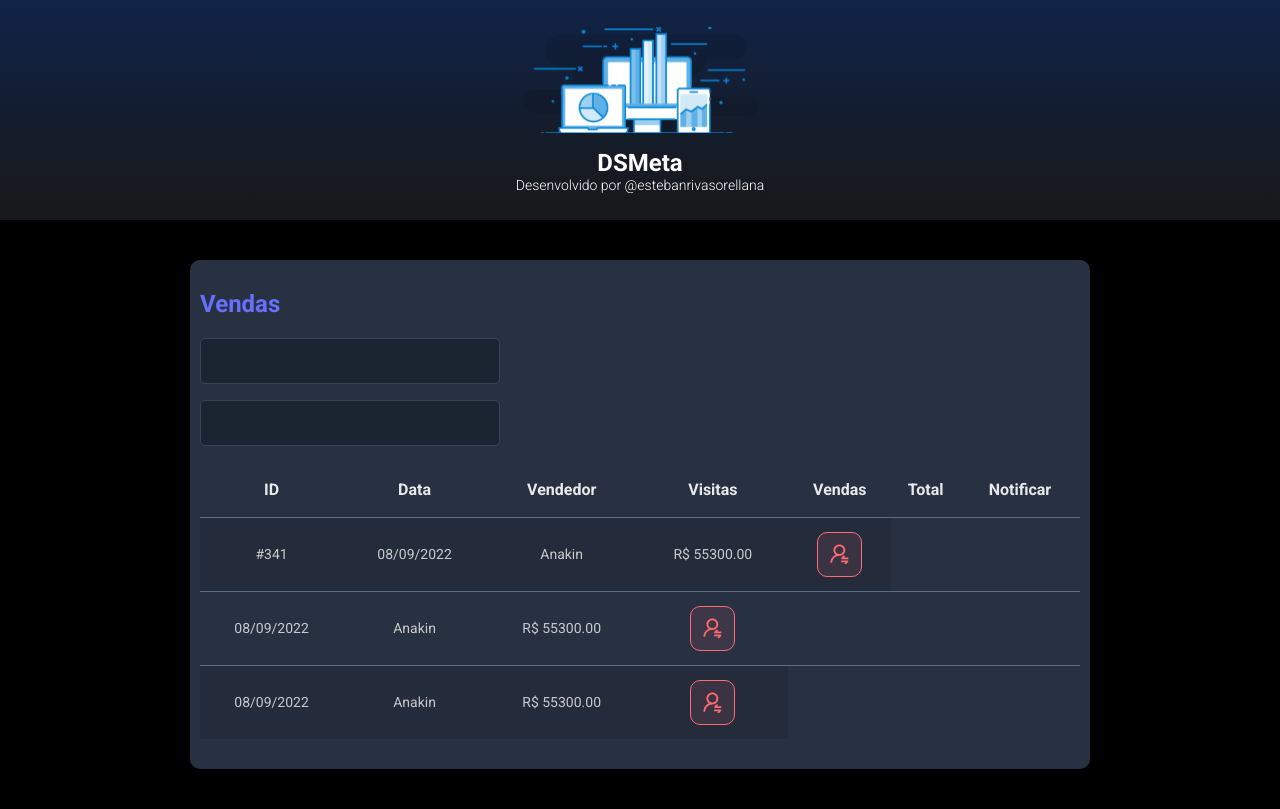
Repository: estebanrivas/dsmeta-css
Page: index.html
The author's editor kept a copy of each file at every save. The page is drawn from the files as they stood at one save, then again after the next save.
The browser window is 1280 px wide. The pictures show the whole page.

Above is the page before, as saved 2022-09-08 22:25:14.

After the next save:
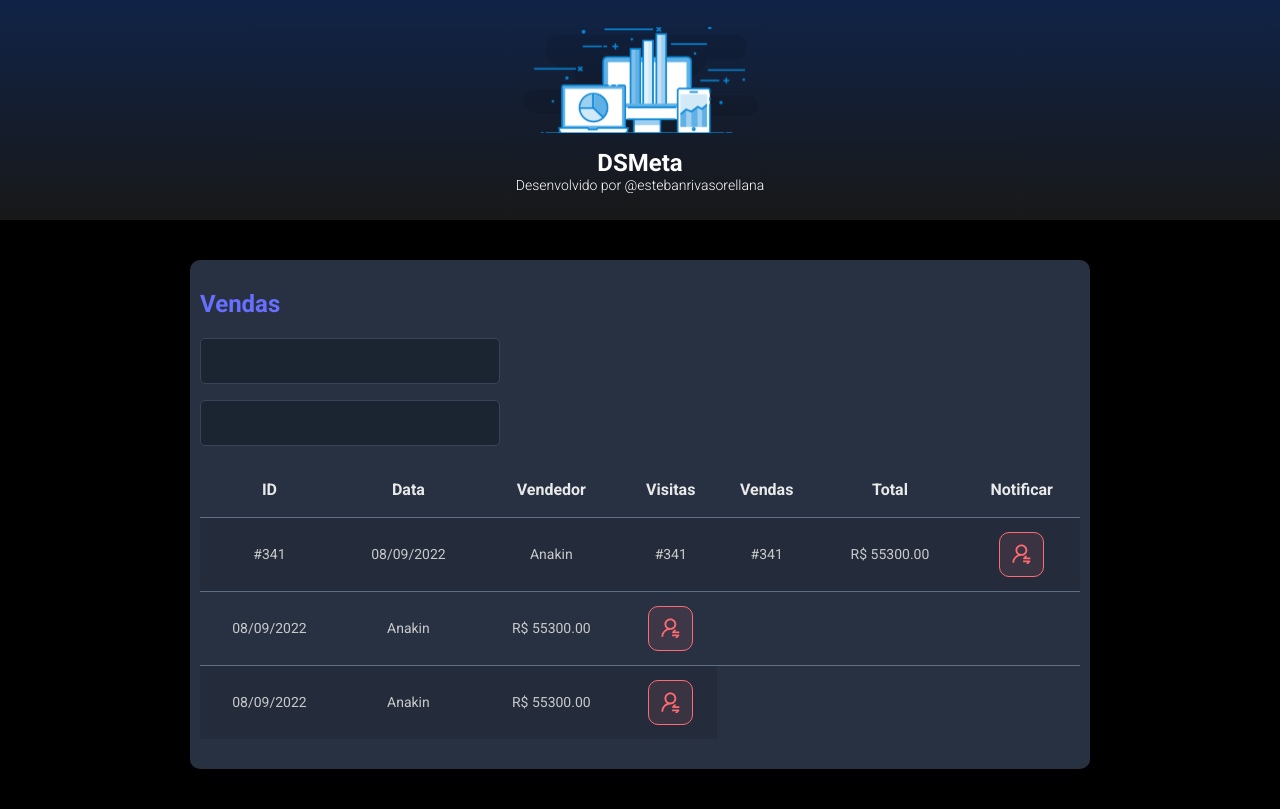
Saved 11 s later.
--- a/index.html
+++ b/index.html
@@ -54,6 +54,8 @@
                                     <td class="show900">#341</td>
                                     <td class="show576">08/09/2022</td>
                                     <td>Anakin</td>
+                                    <td class="show900">#341</td>
+                                    <td class="show900">#341</td>
                                     <td>R$ 55300.00</td>
                                     <td>
                                         <div class="dsmeta-red-btn-container">
